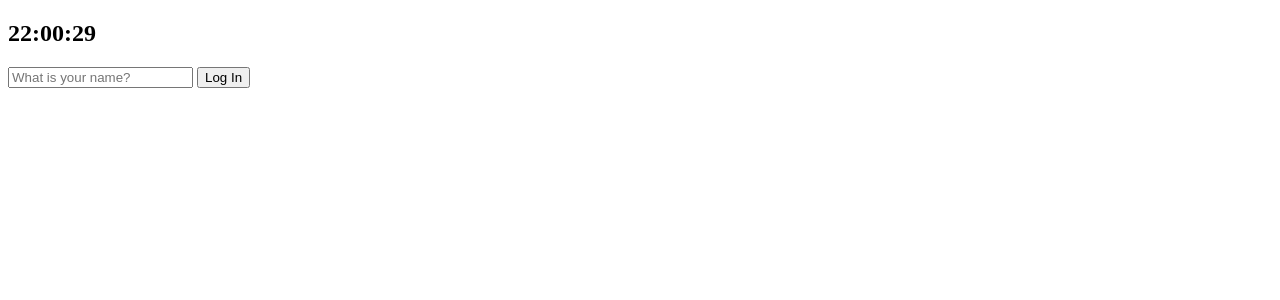
Repository: yoonanimous/ChromeApp
Page: index.html
The author's editor kept a copy of each file at every save. The page is drawn from the files as they stood at one save, then again after the next save.
The browser window is 1280 px wide. The pictures show the whole page.

Above is the page before, as saved 2022-12-04 09:30:49.

### index.html
<!DOCTYPE html>
<html lang="en">
	<head>
		<meta charset="UTF-8" />
		<meta http-equiv="X-UA-Compatible" content="IE=edge" />
		<meta name="viewport" content="width=device-width, initial-scale=1.0" />
		<title>ChromeApp</title>
		<link rel="stylesheet" href="style.css" />
		<script defer src="js/clock.js"></script>
		<script defer src="js/greetings.js"></script>
		<script defer src="js/todo.js"></script>
	</head>
	<body>
		<div>
			<h2 id="clock"></h2>
		</div>
		<form class="hidden" id="login-form">
			<input
				type="text"
				required
				maxlength="15"
				placeholder="What is your name?"
			/>
			<input type="submit" value="Log In" />
		</form>
		<h1 class="hidden" id="greeting"></h1>
	</body>
</html>

### js/clock.js
const clock = document.querySelector("#clock");

function getClock() {
	const date = new Date();
	const hours = String(date.getHours()).padStart(2, "0");
	const minutes = String(date.getMinutes()).padStart(2, "0");
	const seconds = String(date.getSeconds()).padStart(2, "0");
	clock.innerText = `${hours}:${minutes}:${seconds}`;
}

getClock();
setInterval(getClock, 1000);

### js/greetings.js
const greeting = document.querySelector("#greeting");
const loginForm = document.querySelector("#login-form");
const loginInput = document.querySelector("#login-form input");

const HIDDEN_CLASSNAME = "hidden";
const USERNAME_KEY = "username";

function onLoginSubmit(event) {
	event.preventDefault();
	loginForm.classList.add(HIDDEN_CLASSNAME);
	const typedUsername = loginInput.value;
	localStorage.setItem(USERNAME_KEY, typedUsername);
	paintGreetings(typedUsername);
}

function paintGreetings(username) {
	greeting.innerText = `Hello ${username}`;
	greeting.classList.remove(HIDDEN_CLASSNAME);
}

const savedUsername = localStorage.getItem(USERNAME_KEY);

if (savedUsername === null) {
	loginForm.classList.remove(HIDDEN_CLASSNAME);
	loginForm.addEventListener("submit", onLoginSubmit);
} else {
	paintGreetings(savedUsername);
}

Loaded but not shown: style.css (common file); js/todo.js (no stored copy; drawn as an empty file)

After the next save:
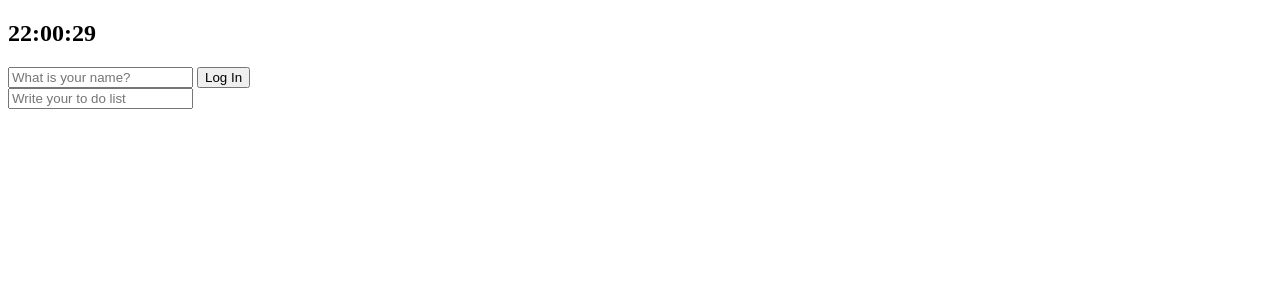
Saved 61 s later.
--- a/index.html
+++ b/index.html
@@ -24,5 +24,8 @@
 			<input type="submit" value="Log In" />
 		</form>
 		<h1 class="hidden" id="greeting"></h1>
+		<form id="todo-form">
+			<input type="text" placeholder="Write your to do list" required />
+		</form>
 	</body>
 </html>
